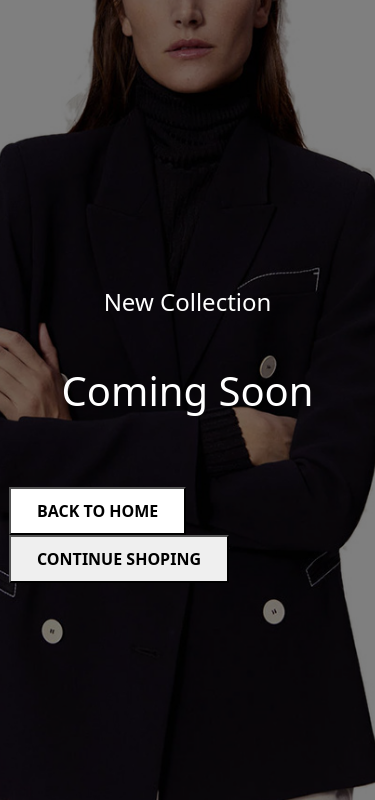
Repository: ST-United-Internship/Modaz-4life
Page: comingsoon&FAQ/coming-soon.html
These files come from the project's save history. The page is drawn as it stood at one moment and after a run of saves; the edit follows.
The browser window is 375 px wide. The pictures show the whole page.

Above is the page before, as saved 2023-03-22 09:50:02.

After the next 2 saves:
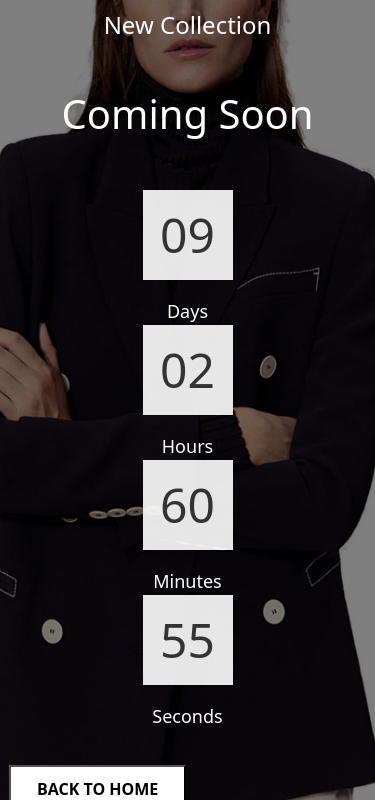
The 2 saves are shown as one change because they came seconds apart.
The last was saved 51 s later.
--- a/comingsoon&FAQ/css/comming-soon.css
+++ b/comingsoon&FAQ/css/comming-soon.css
@@ -102,6 +102,6 @@
 
 @media only screen and (max-width: 500px) {
     .my-container .time-titles{
-        display: none;
+        display: inline-block;
     }
 }
